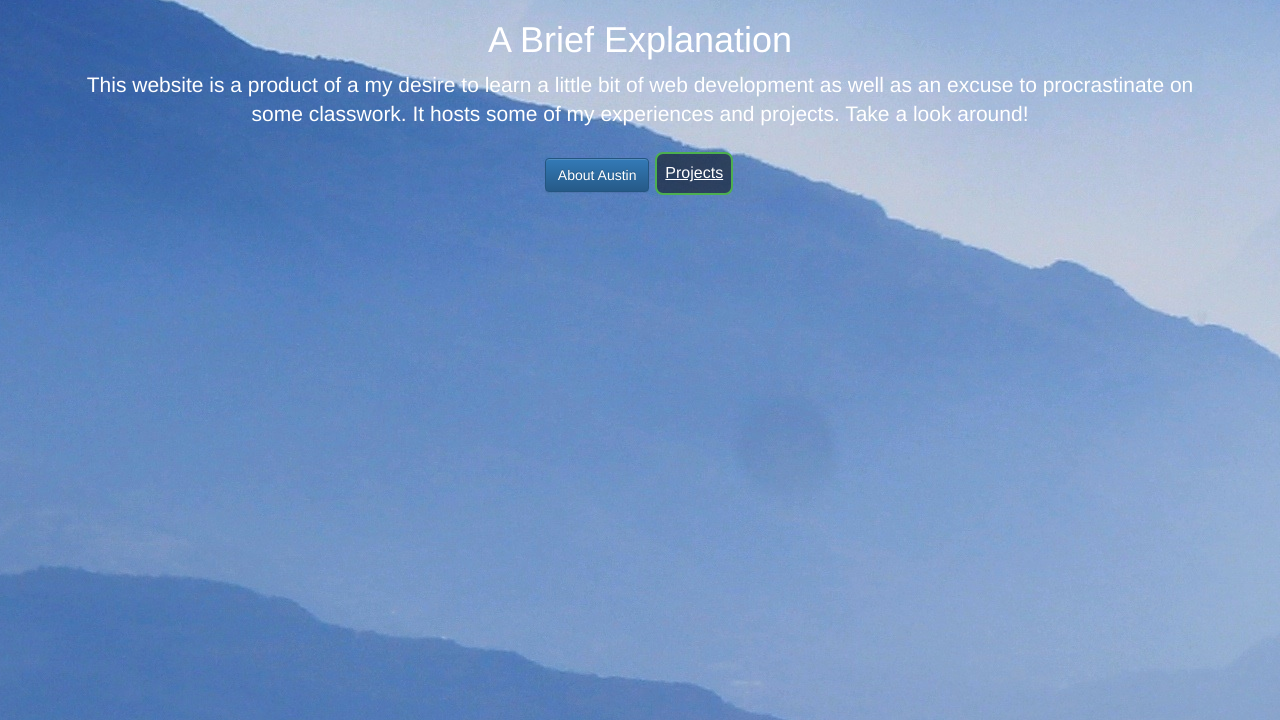
Repository: austinHerring/PersonalWebsite
Page: PersonalWebsite/WebContent/index.html
An editor plug-in stored every save of this project. The page is shown before and after the next save, followed by the edit.
The browser window is 1280 px wide. The pictures show the whole page.
The pointer rests on the first visible `.button1`.

Above is the page before, as saved 2016-06-12 22:31:35.

### PersonalWebsite/WebContent/index.html
<html>
	<head>
		<meta charset="utf-8"/>
		<title>Home - Austin</title>
		<link rel="stylesheet" href="css/bootstrap.min.css">
		<link rel="stylesheet" href="css/bootstrap-theme.min.css">
		<link rel="stylesheet" href="css/main.css">
	</head>
	<body>

		<div class="container" id="page-wrap">
			<div class="row">
				<div class="col-lg-12">
					<h1>A Brief Explanation</h1>
					<p class="lead">This website is a product of a my desire to learn a little bit of web development as well as an excuse to procrastinate on some classwork. It hosts some of my experiences and projects. Take a look around!</p>
				</div>
			</div>
			<div class="row">
				<div class="col-lg-12">
					<a class="btn btn-primary" href="about.html" role="button">About Austin</a>
					<a class="button button1" href="projects.html" role="button">Projects</a>
				</div>
			</div>
		</div>

		<div id="bg">
			<img src="images/background.jpg" alt="">
		</div>

		<script src="js/jquery.min.js"></script>
		<script src="js/bootstrap.min.js"></script>
	</body>
</html>

### PersonalWebsite/WebContent/css/main.css
body {
    width: 100%;
    height: 100%;
    text-align: center;
    color: #fff;
    background-color:#000;
}

#bg {
	position:fixed;
	top:-50%;
	left:-50%;
	width:100%;
	height:80%;
}

#bg img {
	position:absolute;
	top:0;
	left:0;
	right:0;
	bottom:0;
	margin:auto;
	min-width:50%;
	min-height:50%;
}

#page-wrap { position: relative; z-index: 2}

.button {
    background-color: #4CAF50; /* Green */
    border: none;
    color: white;
    padding: 8px 8px;
    text-align: center;
    text-decoration: none;
    display: inline-block;
    font-size: 16px;
    margin: 4px 2px;
    -webkit-transition-duration: 0.4s; /* Safari */
    transition-duration: 0.4s;
    cursor: pointer;
    border-radius: 8px;
}

.button1 {
    background-color: #4CAF50;
    color: white;
    border: 2px solid #4CAF50;
}

.button1:hover {
    background:rgba(0,0,0,0.5);
    color: white;
}

Loaded but not shown: PersonalWebsite/WebContent/css/bootstrap.min.css (library); PersonalWebsite/WebContent/css/bootstrap-theme.min.css (library); PersonalWebsite/WebContent/js/jquery.min.js (library); PersonalWebsite/WebContent/js/bootstrap.min.js (library)

After the next save:
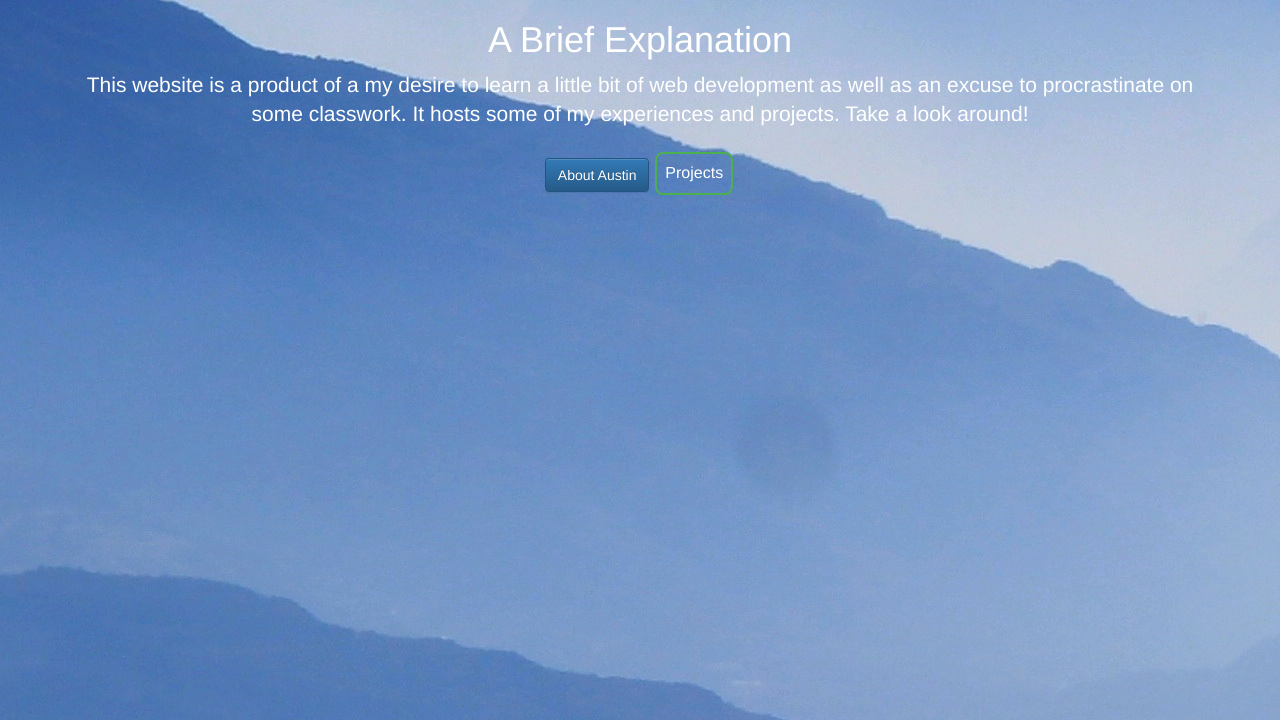
Saved 51 s later.
--- a/PersonalWebsite/WebContent/css/main.css
+++ b/PersonalWebsite/WebContent/css/main.css
@@ -50,6 +50,7 @@ body {
 }
 
 .button1:hover {
-    background:rgba(0,0,0,0.5);
+    background:rgba(0,0,0,0);
     color: white;
+    text-decoration: none;
 }
